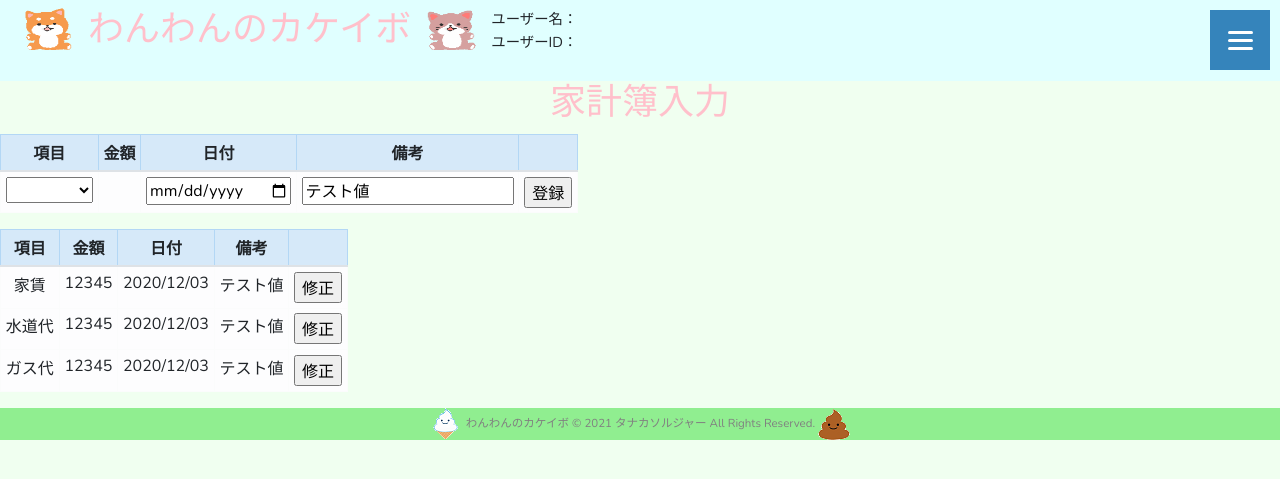
Repository: tatsuya-tanaka27/wanwannokakeibo
Page: laravelapp/resources/views/kakeibo/input.blade.php
The author's editor kept a copy of each file at every save. The page is drawn from the files as they stood at one save, then again after a run of saves.
The browser window is 1280 px wide. The pictures show the whole page.
Some web fonts or font styles are not loaded; a fallback is used. The page is served by the project's Laravel application, run on PHP 8.4 with Laravel 8. Other server files are loaded and not shown. The template is opened directly, without the code that normally fills it, so the values that code supplies are empty.

Above is the page before, as saved 2021-03-06 17:28:14.
Console error: ReferenceError: $ is not defined

### laravelapp/routes/web.php
<?php

use Illuminate\Support\Facades\Route;
use App\Http\Controllers\IndexController;
use App\Http\Controllers\LoginController;
use App\Http\Controllers\InputController;

/*
|--------------------------------------------------------------------------
| Web Routes
|--------------------------------------------------------------------------
|
| Here is where you can register web routes for your application. These
| routes are loaded by the RouteServiceProvider within a group which
| contains the "web" middleware group. Now create something great!
|
*/


Route::get('/', function () { return view('welcome');});
//Route::get('/wanwannokakeibo/index', 'IndexController@index');
Route::get('wanwannokakeibo/index', [IndexController::class, 'index']);
Route::post('wanwannokakeibo/index', [IndexController::class, 'post']);
Route::get('wanwannokakeibo/login', [LoginController::class, 'index']);
Route::post('wanwannokakeibo/login', [LoginController::class, 'post']);
Route::get('wanwannokakeibo/input', [InputController::class, 'index']);
Route::post('wanwannokakeibo/input', [InputController::class, 'post']);

Auth::routes();

Route::get('/home', [App\Http\Controllers\HomeController::class, 'index'])->name('home');

### laravelapp/resources/views/kakeibo/input.blade.php
@extends('layouts.base')

@section('title', 'わんわんの家計簿入力')

@section('content')
    <h1 class="ts com_title">家計簿入力</h1>
	<table id="inputTable" class="table table-sm table-responsive">
		<thead class="table-info">
			<tr>
			    <th>項目</th>
				<th>金額</th>
				<th>日付</th>
				<th>備考</th>
				<th></th>
			</tr>
		</thead>
		<tbody class="table-light" align="center" nowrap>
			<tr>
				<td>
					<select name="”item”" class="input_item">
						<option value="””" selected></option>
						<option value="””">家賃</option>
						<option value="””">ガス代</option>
						<option value="””">水道代</option>
						<option value="””">電気代</option>
						<option value="””">食費</option>
						<option value="””">日用品代</option>
						<option value="””">雑費</option>
					</select>
				</td>
				<td>
					<input　type="tel"　name="amount"　class="input_amount"	value=""/>
				</td>
				<td>
					<input type="date" />
				</td>
				<td>
					<input
											type="text"
											name="biko"
											class="input_biko"
											value="テスト値"
										/>
									</td>
									<td>
										<input type="button" value="登録" onclick="" />
									</td>
								</tr>
							</tbody>
						</table>
						<table id="inputListTable" class="table table-sm table-responsive">
							<thead class="table-info">
								<tr>
									<th>項目</th>
									<th>金額</th>
									<th>日付</th>
									<th>備考</th>
									<th></th>
								</tr>
							</thead>
							<tbody class="table-light" align="center" nowrap>
								<tr>
									<td>家賃</td>
									<td>12345</td>
									<td>2020/12/03</td>
									<td>テスト値</td>
									<td>
										<input type="button" value="修正" onclick="" />
									</td>
								</tr>
								<tr>
									<td>水道代</td>
									<td>12345</td>
									<td>2020/12/03</td>
									<td>テスト値</td>
									<td>
										<input type="button" value="修正" onclick="" />
									</td>
								</tr>
								<tr>
									<td>ガス代</td>
									<td>12345</td>
									<td>2020/12/03</td>
									<td>テスト値</td>
									<td>
										<input type="button" value="修正" onclick="" />
									</td>
								</tr>
							</tbody>
						</table>
@endsection

### laravelapp/resources/views/layouts/base.blade.php
<html>
    <head>
        <meta charset="utf-8" />
		<meta name="viewport" content="width=device-width, initial-scale=1, shrink-to-fit=no" />
		<link href="https://fonts.googleapis.com/earlyaccess/nicomoji.css" rel="stylesheet"	/>
		<link rel="shortcut icon" href="{{ asset('/favicon.ico') }}" type="image/vnd.microsoft.icon" />
        <link href="{{ asset('css/app.css') }}" rel="stylesheet">
		<link href="{{ asset('css/style.css') }}" rel="stylesheet" />
		<link href="{{ asset('css/kakeibo.css') }}" rel="stylesheet" />
        <title>@yield('title')</title>
    </head>
    <body>
        <section id="header-area">
		    <header class="d-flex p-2 bd-highlight">
			    <img class="img-fluid" src="/images/inu80.png" alt="わんわん" />
			    <h1 id="top-link-title" class="h1 wf-nicomoji">わんわんのカケイボ</h1>
			    <img class="img-fluid" src="/images/neko80.png" alt="にゃんにゃん"	/>
			    <div id="user-area" class="d-flex p-2 bd-highlight flex-column">
				    <span>ユーザー名：{{$userData->user_name}}</span>
				    <span>ユーザーID：{{$userData->user_id}}</span>
			    </div>

			    <!--ここからハンバーガーメニュー-->
    			<div class="hamburger-menu">
	    			<input type="checkbox" id="menu-btn-check" />
		    		<label for="menu-btn-check" class="menu-btn">
			    		<span></span>
    				</label>
	    			<div class="menu-content">
		    			<nav>
			    			<ul>
				    			<li><a href="index.html">トップ</a></li>
					    		<li><a href="input.html">家計簿入力</a></li>
						    	<li><a href="registration.html">家計簿項目登録</a></li>
							    <li><a href="list.html">家計簿一覧</a></li>
    							<li><a href="#">設定</a></li>
	    					</ul>
		    			</nav>
			    	</div>
    			</div>
	    		<!--ここまでハンバーガーメニュー-->
    		</header>
    	</section>
        <section>
            <main>
                @yield('content')
            </main>
        </section>
        <section id="footer-area">
			<footer>
				<img class="img-fluid" src="/images/softcream32.png" alt="そふとくん" />
				<small>
					わんわんのカケイボ © 2021 タナカソルジャー All Rights Reserved.
				</small>
				<img class="img-fluid" src="/images/unchi32.png" alt="うんちくん" />
			</footer>
		</section>
        <script src="{{ asset('js/app.js') }}"></script>
        <script src="{{ asset('js/script.js') }}"></script>
        <script src="{{ asset('js/kakeibo.js') }}"></script>
    </body>
</html>

### laravelapp/public/css/style.css
@charset "UTF-8";
/* 外部スタイルと各画面共通用のスタイル */

/* 外部スタイル start */
.wf-nicomoji {
	font-family: "Nico Moji" !important;
}

/* 外部スタイル end */

/* 共通スタイル start */

html {
	width: 100%;
	height: 100%;
	font-family: sans-serif;
}

body {
	background-color: honeydew;
}

table {
	margin: 10px auto;
}

th {
	text-align: center;
	border: 1px black solid;
}

td {
	border: 1px black solid;
}

img {
	margin: 0px;
	padding: 0px;
}

a:hover {
	opacity: 0.7;
}

h1 {
	color: pink !important;
}

#top-link-title:hover {
	opacity: 0.5;
	cursor: pointer;
}

#wrapper {
}

main {
}

#header-area {
	background-color: lightcyan;
}

header {
	width: 100%;
}

header img {
	margin-top: -15px;
}

#user-area {
	margin: 0px !important;
	padding: 0px !important;
}

#footer-area {
	background-color: lightgreen;
	text-align: center;
}

small {
	color: gray;
}

.ma {
	margin: auto;
}

.cb {
	/* floatを解除 */
	clear: both;
}

.ts {
	text-align: center;
}

/* 共通スタイル end */

/* ハンバーガーメニュー用のスタイル start */

.menu-btn {
	position: fixed;
	top: 10px;
	right: 10px;
	display: flex;
	height: 60px;
	width: 60px;
	justify-content: center;
	align-items: center;
	z-index: 90;
	background-color: #3584bb;
}
.menu-btn span,
.menu-btn span:before,
.menu-btn span:after {
	content: "";
	display: block;
	height: 3px;
	width: 25px;
	border-radius: 3px;
	background-color: #ffffff;
	position: absolute;
}
.menu-btn span:before {
	bottom: 8px;
}
.menu-btn span:after {
	top: 8px;
}

#menu-btn-check:checked ~ .menu-btn span {
	background-color: rgba(
		255,
		255,
		255,
		0
	); /*メニューオープン時は真ん中の線を透明にする*/
}
#menu-btn-check:checked ~ .menu-btn span::before {
	bottom: 0;
	transform: rotate(45deg);
}
#menu-btn-check:checked ~ .menu-btn span::after {
	top: 0;
	transform: rotate(-45deg);
}

#menu-btn-check {
	display: none;
}

.menu-content {
	width: 20%;
	height: 100%;
	position: fixed;
	top: 0;
	right: 0; /*rightの値を変更してメニューを画面外へ*/
	z-index: 80;
	background-color: #3584bb;
	transition: all 0.5s; /*アニメーション設定*/
	display: none;
}
.menu-content ul {
	padding: 70px 10px 0;
}
.menu-content ul li {
	border-bottom: solid 1px #ffffff;
	list-style: none;
}
.menu-content ul li a {
	display: block;
	width: 100%;
	font-size: 15px;
	box-sizing: border-box;
	color: #ffffff;
	text-decoration: none;
	padding: 9px 15px 10px 0;
	position: relative;
}
.menu-content ul li a::before {
	content: "";
	width: 7px;
	height: 7px;
	border-top: solid 2px #ffffff;
	border-right: solid 2px #ffffff;
	transform: rotate(45deg);
	position: absolute;
	right: 11px;
	top: 16px;
}

#menu-btn-check:checked ~ .menu-content {
	display: block;
}

/* ハンバーガーメニュー用のスタイル end */

/* レスポンシブ用のスタイル start */

/* レスポンシブ用のスタイル end */

### laravelapp/public/css/kakeibo.css
@charset "UTF-8";
/* 各画面固有のスタイル */

/* ログイン画面用スタイル */

#login-guide-area {
}

#login-area {
}

#login-guide-table {
	width: 99%;
}

#login-guide-legend {
	width: auto;
	margin-left: 1em;
}

#login-form {
	margin-top: -125px;
}

#userRegistration-area {
	margin-top: 50px;
}

/* ユーザー登録画面用スタイル */

/* トップ画面用スタイル */

#top-description-border {
	background-color: lightyellow;
}

#top-description-legend {
	color: rgb(0, 111, 191);
	margin: 0px;
	padding: 0px;
}

/* 入力画面用スタイル */

/* 家計簿登録画面用スタイル */

/* 家計簿一覧画面用スタイル */

### laravelapp/public/js/script.js
//各画面の共通処理ロジックを記載するjs

//HTML読み込み終了時
document.addEventListener("DOMContentLoaded", function () {

    //わんわんの家計簿タイトル押下したら、トップ画面に遷移する
    document.getElementById("top-link-title").onclick = function() {
        window.location.href = 'index.html';
    };
});

//画面読み込み終了時
window.onload = function () {

};

### laravelapp/public/js/kakeibo.js
window.onload = function() {

};

$(function(){
 $('#inputArea').width($('#inputTable').width());
 $('#listArea').width($('#listTable').width());
});

Loaded but not shown: laravelapp/app/Http/Controllers/Auth/ConfirmPasswordController.php (common file); laravelapp/app/Http/Controllers/Controller.php (common file); laravelapp/public/css/app.css (library)

After the next 3 saves:
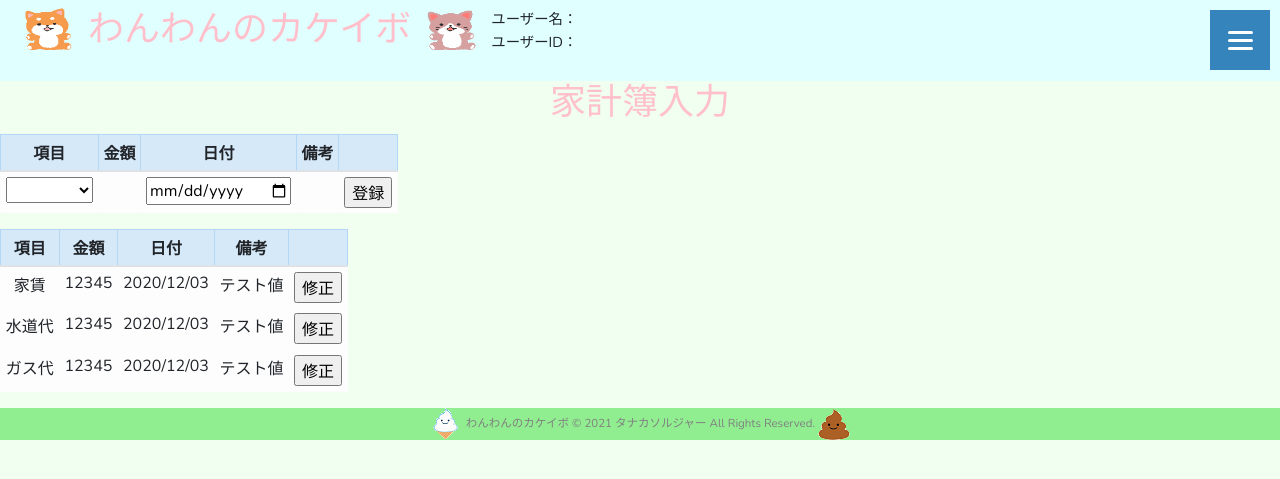
The 3 saves are shown as one change because they came seconds apart.
The last was saved 11 s later.
--- a/laravelapp/resources/views/kakeibo/input.blade.php
+++ b/laravelapp/resources/views/kakeibo/input.blade.php
@@ -35,10 +35,7 @@
 					<input type="date" />
 				</td>
 				<td>
-					<input
-											type="text"
-											name="biko"
-											class="input_biko"
+					<input　type="text"	name="biko"	class="input_biko"
 											value="テスト値"
 										/>
 									</td>
